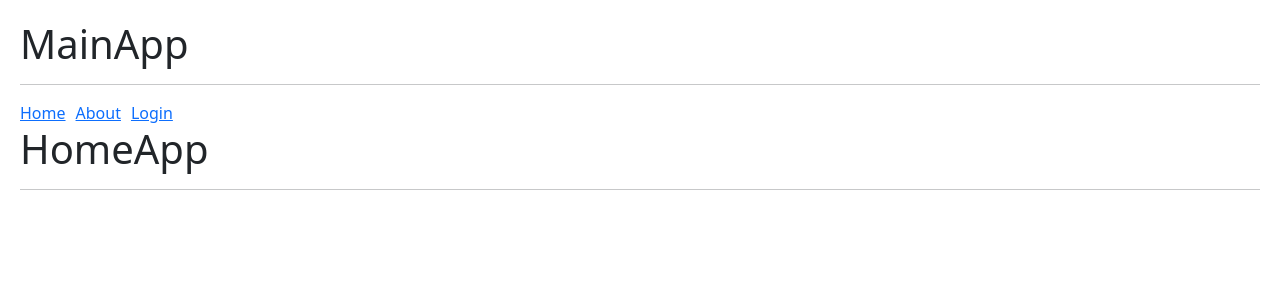
Repository: bryanesteban/hooks-App
Page: /
The author's editor kept a copy of each file at every save. The page is drawn from the files as they stood at one save, then again after the next save.
The browser window is 1280 px wide. The pictures show the whole page.
The project was rebuilt for these pictures with package versions that can differ from the ones it lists, and the page was loaded fresh each time. Also part of the build but not shown: vite.config.js, src/HooksApp.jsx, src/01-useState/CounterApp.jsx, src/hooks/useCounter.jsx, src/01-useState/CounterWithCustomHook.jsx, src/02-useEffect/Message.jsx, src/02-useEffect/SimpleForm.jsx, src/hooks/useForm.js and 20 more.

Above is the page before, as saved 2024-08-22 23:35:33.

### src/main.jsx
import React from 'react'
import ReactDOM from 'react-dom/client'
import { BrowserRouter } from 'react-router-dom'
import './index.css'
import { HooksApp } from './HooksApp'
import { CounterApp } from './01-useState/CounterApp'
import { CounterWithCustomHook } from './01-useState/CounterWithCustomHook'
import { SimpleForm } from './02-useEffect/SimpleForm'
import { FormWithCustomHook } from './02-useEffect/FormWithCustomHook'
import { MultipleCustomHook } from './03-examples/MultipleCustomHook'
import { FocusScreen } from './04-useRef/FocusScreen'
import { Layout } from './05-useLayoutEffect/Layout'
import { Memorize } from './06-memos/Memorize'
import { MemoHook } from './06-memos/MemoHook'
import { CallbackHook } from './06-memos/CallbackHook'
// import { Padre } from './07-tarea-memo/Padre'

// import './08-useReducer/intro-reducer';
import { TodoApp } from './08-useReducer/TodoApp'
import { MainApp } from './09-useConstext/MainApp'

ReactDOM.createRoot(document.getElementById('root')).render(
  // <React.StrictMode>
  //   <FormWithCustomHook />
  // <MultipleCustomHook />
  // <FocusScreen/>
  // <Layout/>
      // <Memorize/>
      // <MemoHook/>
      // <CallbackHook/>
      // <Padre/>
      // <TodoApp/>
      <BrowserRouter>

      <MainApp/>

      </BrowserRouter>

  // </React.StrictMode>
)

### src/index.css
body {
    padding: 20px;
}

button {
    margin-right: 10px;
}


a{
    margin-right: 10px;
}

### src/09-useConstext/MainApp.jsx
import { Link, Navigate, Route, Routes } from "react-router-dom"
import { HomePage } from "./HomePage"
import { AboutPage } from "./AboutPage"
import { LoginPage } from "./LoginPage"


export const MainApp = () => {
    return (
        <>
            <h1>MainApp</h1>
            <hr/>
            <Link to="/">Home</Link>
            <Link to="/about">About</Link>
            <Link to="/login">Login</Link>


            <Routes>
                <Route path="/" element={ <HomePage/> }/>
                <Route path="/login" element={ <LoginPage/> }/>
                <Route path="/about" element={ <AboutPage/> }/>

                {/* <Route path="/*" element={<LoginPage/> }/> */}
                <Route path="/*" element={ <Navigate to="/about"/>} />

            </Routes>
        </>
    )
}

### src/09-useConstext/HomePage.jsx
export const HomePage = () =>
    {
        return (
            <>
            <h1>HomeApp</h1>
            <hr/>
            </>
        )
    }

Loaded but not shown: index.html (common file)

After the next save:
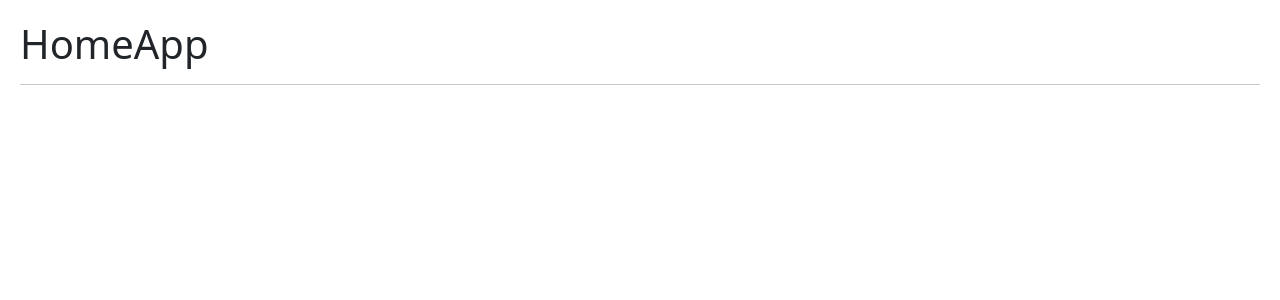
Saved 9 s later.
--- a/src/09-useConstext/MainApp.jsx
+++ b/src/09-useConstext/MainApp.jsx
@@ -7,11 +7,7 @@
 export const MainApp = () => {
     return (
         <>
-            <h1>MainApp</h1>
-            <hr/>
-            <Link to="/">Home</Link>
-            <Link to="/about">About</Link>
-            <Link to="/login">Login</Link>
+
 
 
             <Routes>
